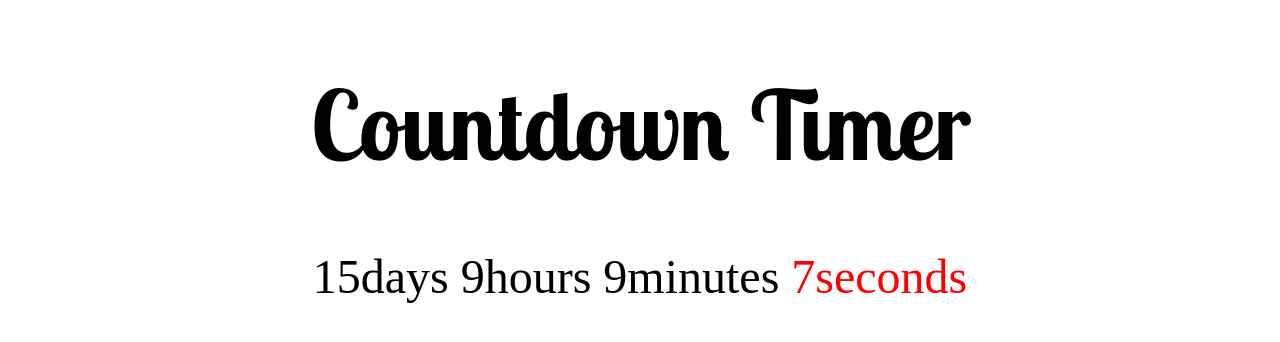
Repository: sinarinzifabrice/Events
Page: index.html
An editor plug-in stored every save of this project. The page is shown before and after the next save, followed by the edit.
The browser window is 1280 px wide. The pictures show the whole page.

Above is the page before, as saved 2024-05-16 10:00:57.

### index.html
<!DOCTYPE html>
<html lang="en">
<head>
  <meta charset="UTF-8">
  <meta name="viewport" content="width=device-width, initial-scale=1.0">
  <link rel="preconnect" href="https://fonts.googleapis.com">
<link rel="preconnect" href="https://fonts.gstatic.com" crossorigin>
<link href="https://fonts.googleapis.com/css2?family=Lobster+Two:ital,wght@0,700;1,700&family=Poppins:wght@300;400;600;700&display=swap" rel="stylesheet">
  <title>Countdown Timer</title>
  <style>
   h1{
      font-family: "Lobster Two", sans-serif;
      font-weight: 400;
      font-style: normal;
   }
    .countdown {
      font-size: 3em;
      text-align: center;
    }
    .red {
      color: red;
    }
  </style>
</head>
<body>

   <div class="countdown"><h1>Countdown Timer</h1></div>
   <div id="countdown" class="countdown"></div>



<script>
  // Set the date we're counting down to
  var countDownDate = new Date("May 29, 2024 19:00:00").getTime();

  // Update the countdown every 1 second
  var x = setInterval(function() {

    // Get the current date and time
    var now = new Date().getTime();

    // Calculate the remaining time
    var distance = countDownDate - now;

    // Calculate days, hours, minutes and seconds
    var days = Math.floor(distance / (1000 * 60 * 60 * 24));
    var hours = Math.floor((distance % (1000 * 60 * 60 * 24)) / (1000 * 60 * 60));
    var minutes = Math.floor((distance % (1000 * 60 * 60)) / (1000 * 60));
    var seconds = Math.floor((distance % (1000 * 60)) / 1000);

    // Display the countdown
    document.getElementById("countdown").innerHTML = days + "days " + hours + "hours "
    + minutes + "minutes <span class='red'>" + seconds + "seconds</span>";

    // If the countdown is over, display a message
    if (distance < 0) {
      clearInterval(x);
      document.getElementById("countdown").innerHTML = "EXPIRED";
    }
  }, 1000);
</script>

</body>
</html>

After the next save:
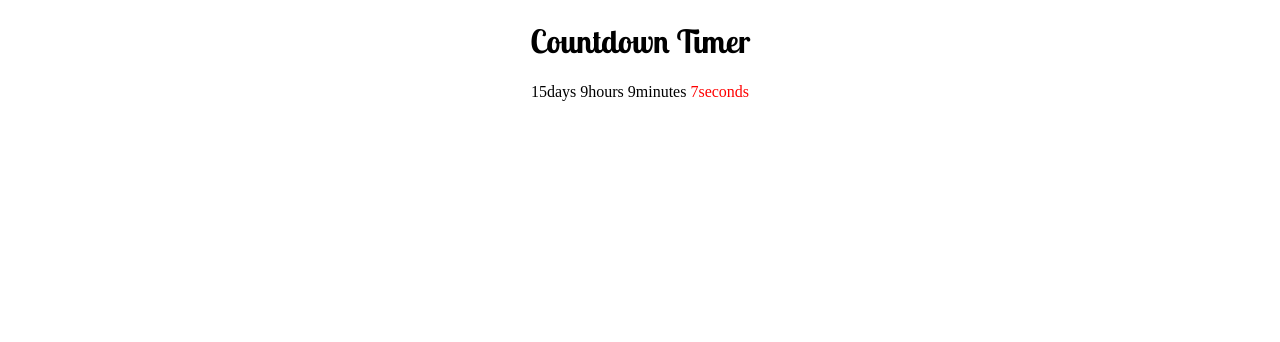
Saved 77 min 23 s later.
--- a/index.html
+++ b/index.html
@@ -14,7 +14,7 @@
       font-style: normal;
    }
     .countdown {
-      font-size: 3em;
+      font-size: 1em;
       text-align: center;
     }
     .red {

After the save that followed:
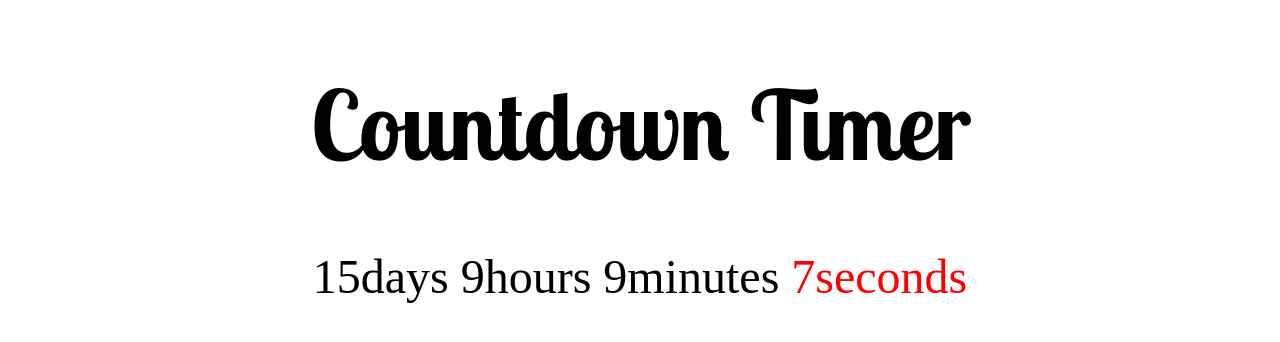
Saved 2 min 51 s later.
--- a/index.html
+++ b/index.html
@@ -14,7 +14,7 @@
       font-style: normal;
    }
     .countdown {
-      font-size: 1em;
+      font-size: 3em;
       text-align: center;
     }
     .red {
